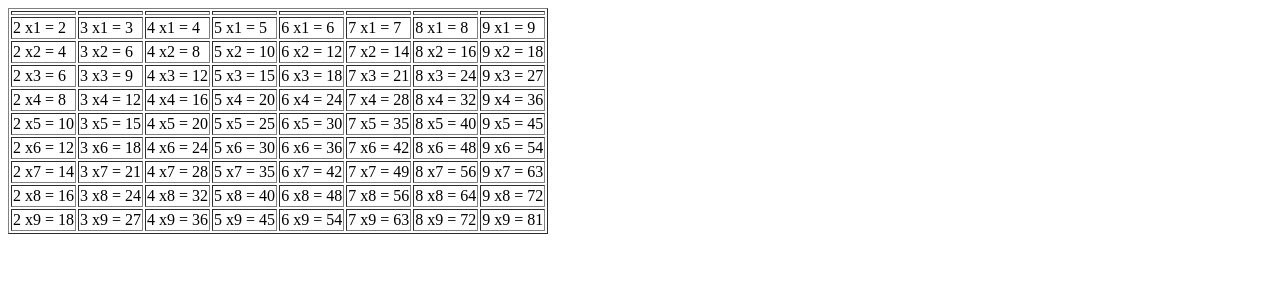
Repository: gom0109/JSP_DK
Page: http://localhost/01_Basic/01_basic/Ex12_김동욱.jsp
These files come from the project's save history. The page is drawn as it stood at one moment and after the next save; the edit follows.
The browser window is 1280 px wide. The pictures show the whole page.
The page is served by Tomcat 9.

Above is the page before, as saved 2021-01-19 04:53:01.

After the next save:
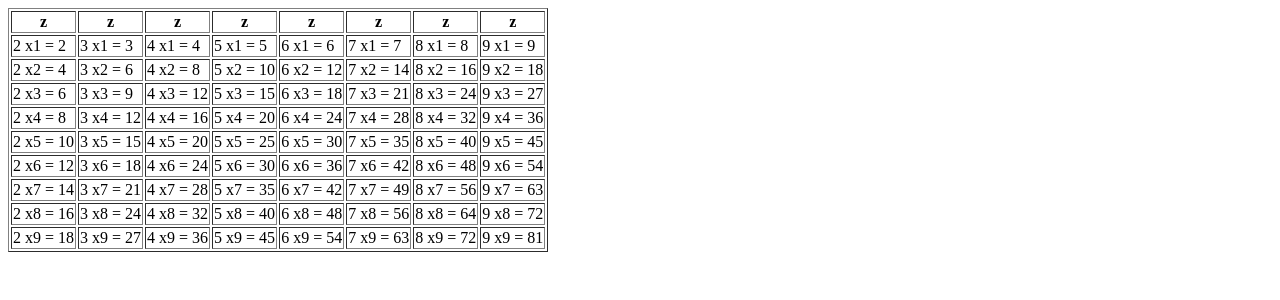
Saved 17 s later.
--- a/01_Basic/WebContent/01_basic/Ex12_김동욱.jsp
+++ b/01_Basic/WebContent/01_basic/Ex12_김동욱.jsp
@@ -5,7 +5,7 @@
 <table border="1">
 <tr>
 <%for(int z=2;z<=9;z++){%>
-	<th></th>
+	<th>z</th>
 <%} %>
 </tr>
 
